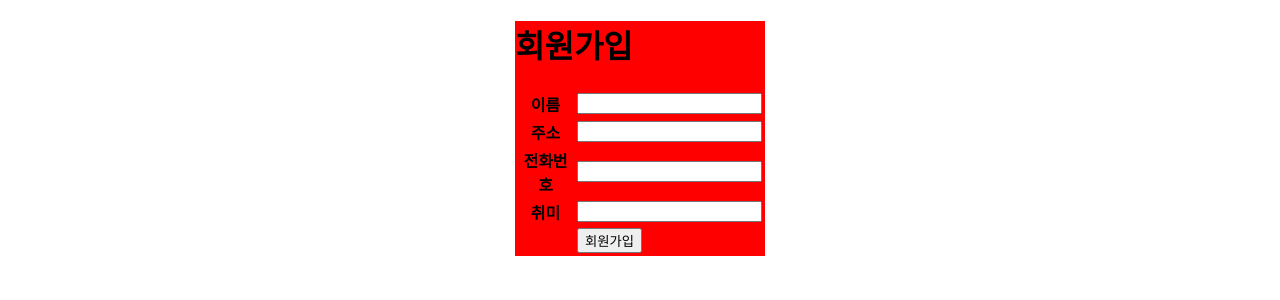
Repository: serendipity63/jsp_workspace
Page: Hello/src/main/webapp/WEB-INF/memReg.html
An editor plug-in stored every save of this project. The page is shown before and after the next save, followed by the edit.
The browser window is 1280 px wide. The pictures show the whole page.

Above is the page before, as saved 2023-09-19 05:24:12.

### Hello/src/main/webapp/WEB-INF/memReg.html
<!DOCTYPE html>
<html>
<head>
<meta charset="UTF-8">
<title>Insert title here</title>
<style type="text/css">
body{margin:auto;}
div{
width:250px;
background-color:red;
margin:auto;
padding:auto;}


</style>
</head>
<body>
<div>
<h1>회원가입</h1>
<form>
<table>
<tr><th>이름</th><td><input type= "text" name= "name"/></td></tr>
<tr><th>주소</th><td><input type= "text" name= "address"/></td></tr>
<tr><th>전화번호</th><td><input type= "text" name= "tel"/></td></tr>
<tr><th>취미</th><td><input type= "text" name= "hobby"/></td></tr>
<tr><td></td><td><input type= "submit" value= "회원가입"/></td></tr>
</table>
</form>
</div>
</body>
</html>

After the next save:
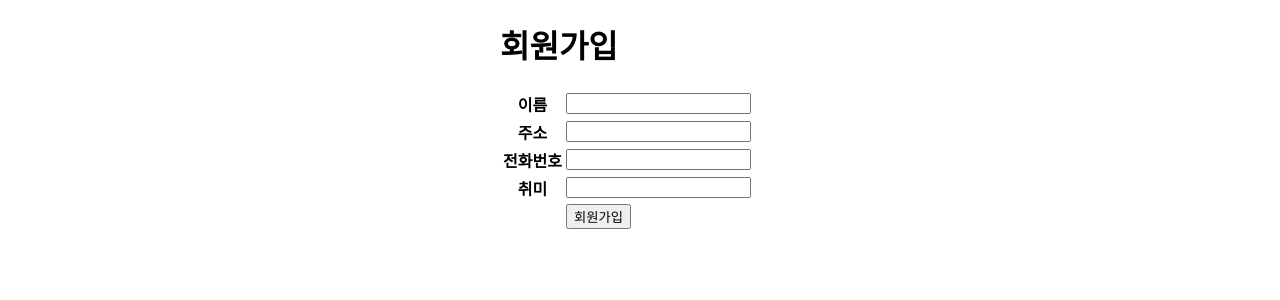
Saved 92 s later.
--- a/Hello/src/main/webapp/WEB-INF/memReg.html
+++ b/Hello/src/main/webapp/WEB-INF/memReg.html
@@ -6,8 +6,7 @@
 <style type="text/css">
 body{margin:auto;}
 div{
-width:250px;
-background-color:red;
+width:280px;
 margin:auto;
 padding:auto;}
 
